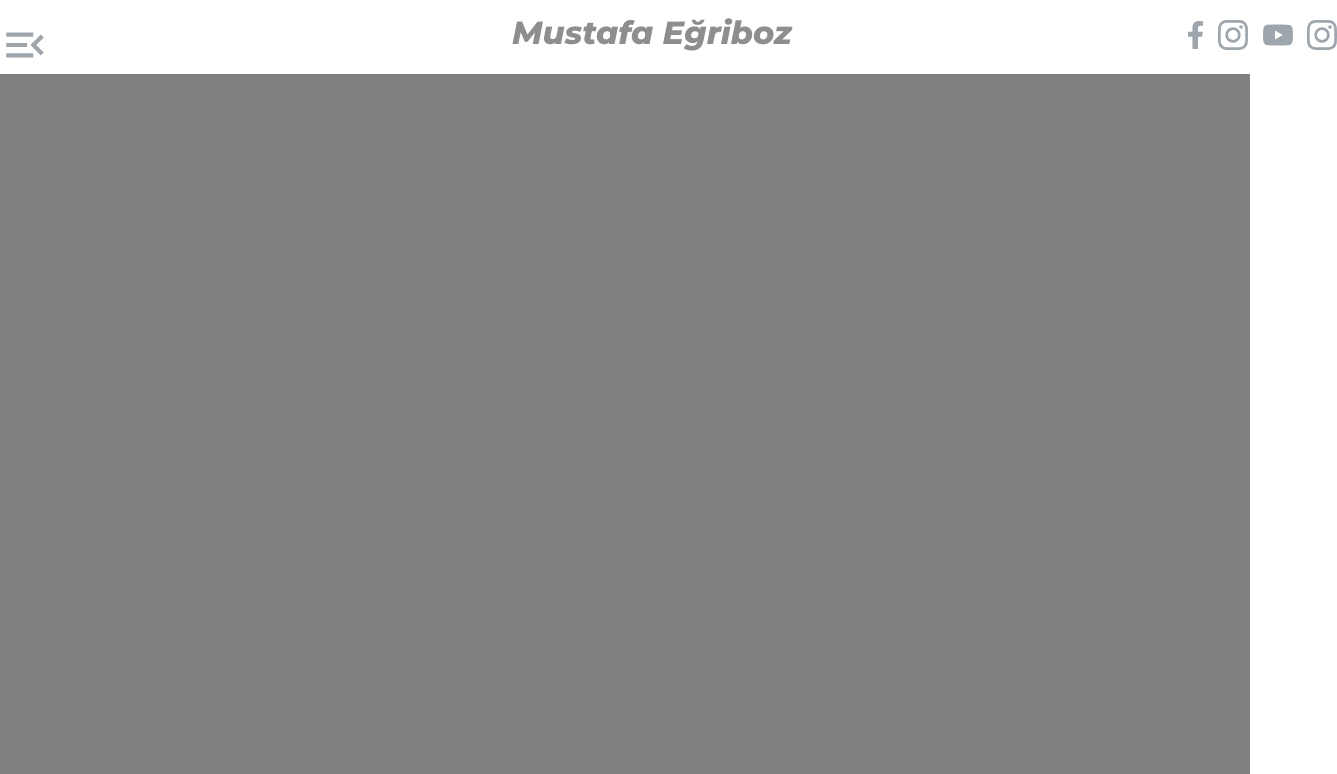
Repository: CengoCengo/m.e-gallery-web-site
Page: index.html
An editor plug-in stored every save of this project. The page is shown before and after the next save, followed by the edit.
The browser window is 1280 px wide. The page is 1337 px wide, then 1299 px, so the pictures cover 1337 px, including what lies to the right of the window. The pictures show the whole page.

Above is the page before, as saved 2021-02-06 15:03:06.
Console error: TypeError: Cannot read properties of null (reading 'style')

After the next save:
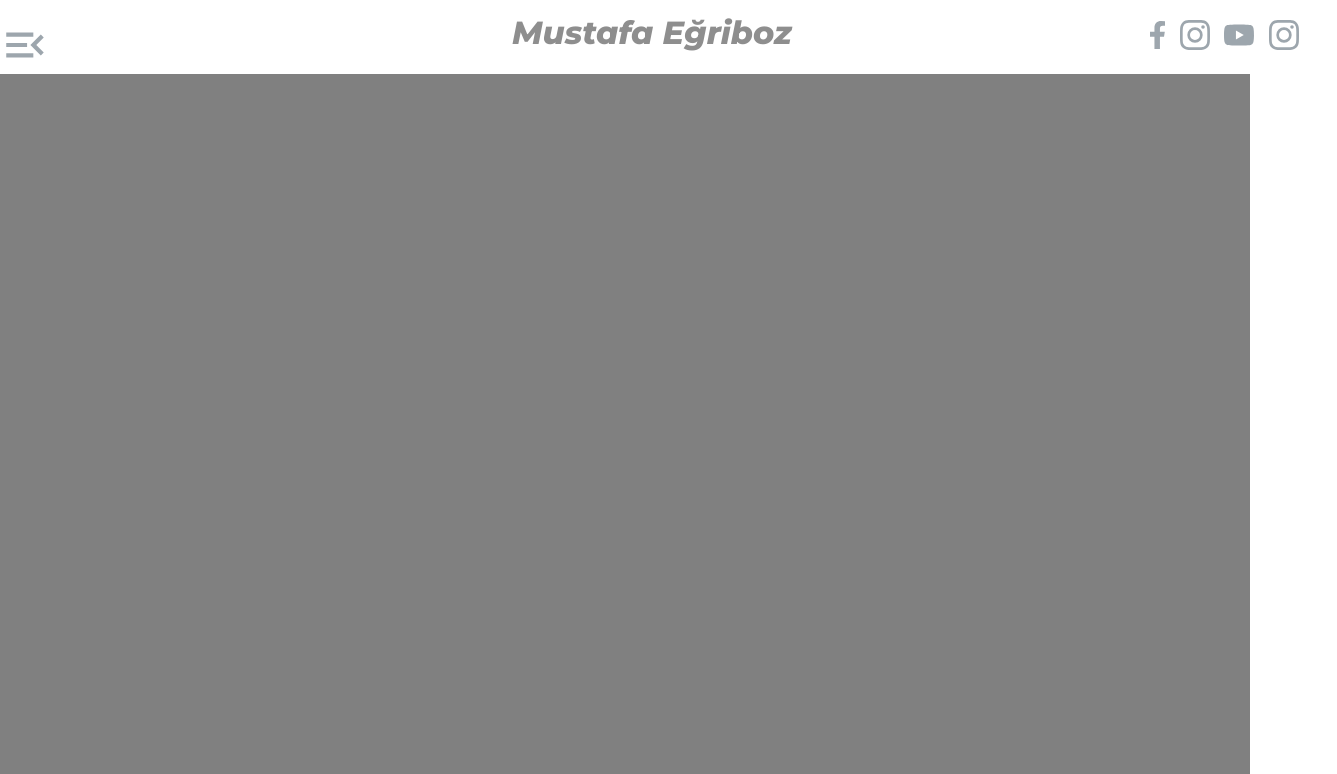
Saved 14 s later.
--- a/styles/style.css
+++ b/styles/style.css
@@ -40,7 +40,7 @@
     display: inline;
     position: relative;
     width: 100%;
-    left: 87%;
+    left: 84%;
 
 
 
